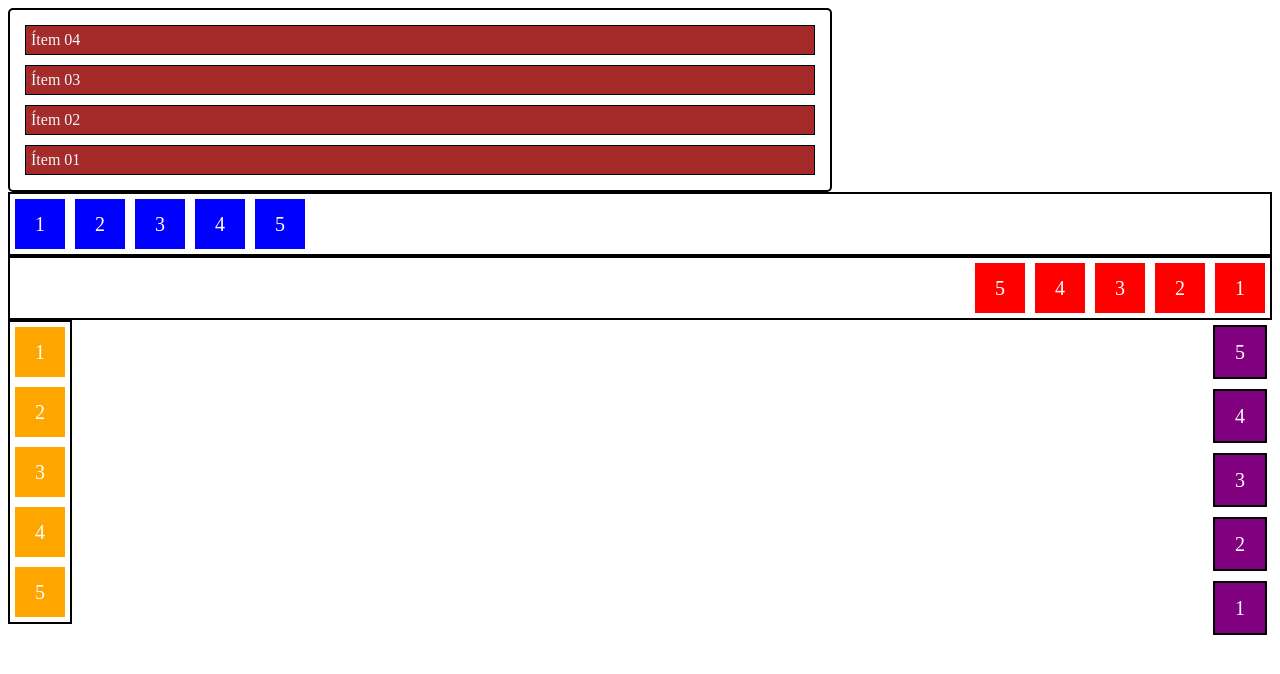
Repository: ozielms/flexbox
Page: outros/flexbox-master/index.html
These files come from the project's save history. The page is drawn as it stood at one moment and after the next save; the edit follows.
The browser window is 1280 px wide. The pictures show the whole page.

Above is the page before, as saved 2022-04-25 23:51:29.

After the next save:
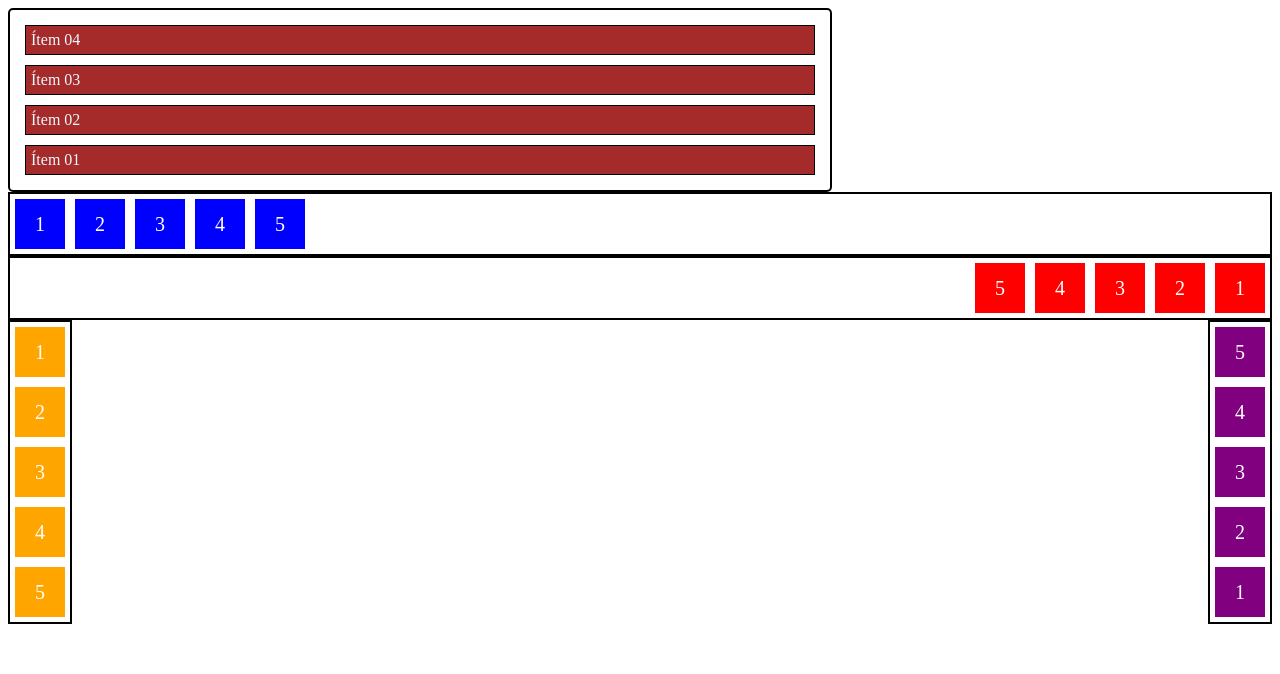
Saved 6 s later.
--- a/outros/flexbox-master/css/estilo.css
+++ b/outros/flexbox-master/css/estilo.css
@@ -70,11 +70,11 @@
 }
 
 .colunm-reverse {
+    border: 2px solid black;
     float: right;
     flex-direction: column-reverse;
 }
 
 .colunm-reverse li {
-    border: 2px solid black;
     background-color: purple;
 }
